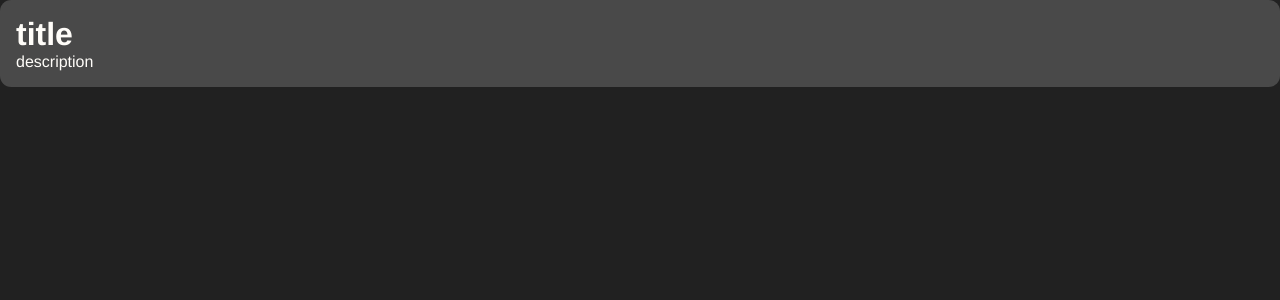
Repository: nileshwankhede03/The-Origin-Backend
Page: / (app in Fullstack/Frontend/FrontEnd/)
These files come from the project's save history. The page is drawn as it stood at one moment and after the next save; the edit follows.
The browser window is 1280 px wide. The pictures show the whole page.
The project was rebuilt for these pictures with package versions that can differ from the ones it lists, and the page was loaded fresh each time. Also part of the build but not shown: Fullstack/Frontend/FrontEnd/vite.config.js.

Above is the page before, as saved 2026-02-02 08:43:07.

### Fullstack/Frontend/FrontEnd/src/index.css
* {
    margin: 0;
    padding: 0;
    box-sizing: border-box;
    font-family: 'Helvetica Neue';
}

html, body {
    height: 100%;
    width: 100%;
}

html{
  background-color: #212121;
}

.note{
  background-color: #494949;
  padding: 1rem;
  border-radius: 0.7rem;
  color: rgb(255, 253, 249);
}

### Fullstack/Frontend/FrontEnd/src/App.jsx
import React from 'react'

const App = () => {
  return (
    <>
      <div className="notes">
        <div className="note">
          <h1>title</h1>
          <p>description</p>
        </div>
      </div>
    </>
  )
}

export default App

Loaded but not shown: Fullstack/Frontend/FrontEnd/index.html (common file); Fullstack/Frontend/FrontEnd/src/main.jsx (common file)

After the next save:
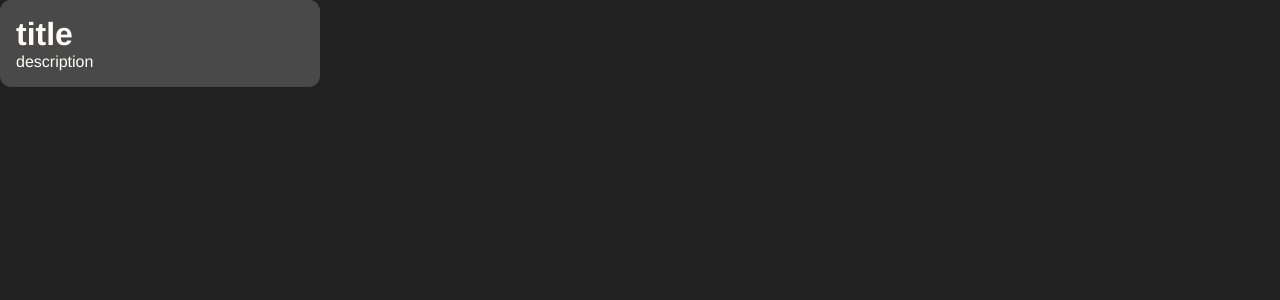
Saved 13 s later.
--- a/Fullstack/Frontend/FrontEnd/src/index.css
+++ b/Fullstack/Frontend/FrontEnd/src/index.css
@@ -18,5 +18,6 @@ html{
   background-color: #494949;
   padding: 1rem;
   border-radius: 0.7rem;
+  max-width: 20rem;
   color: rgb(255, 253, 249);
 }
